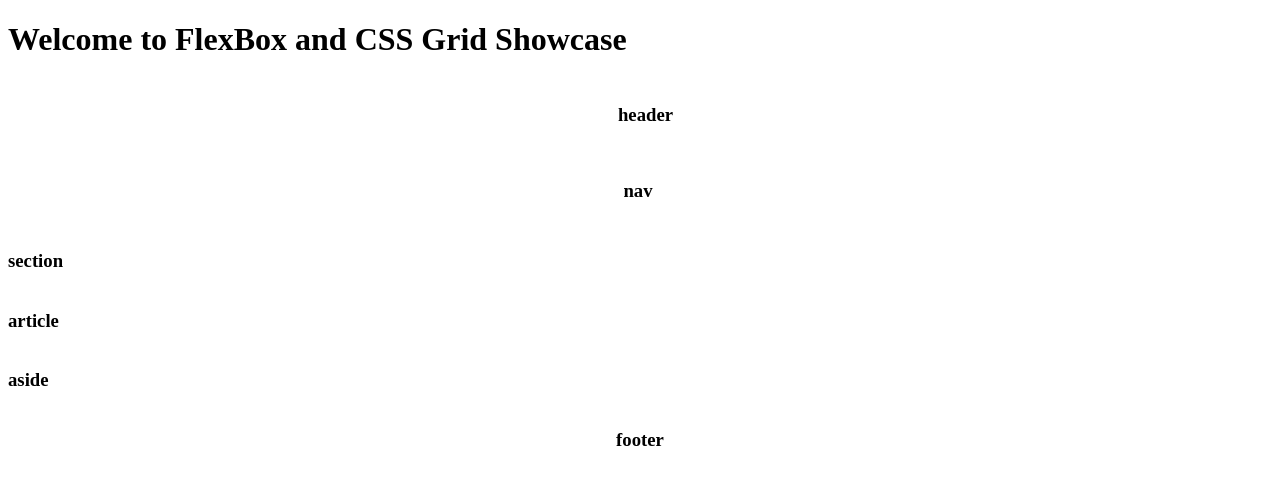
Repository: Awhit-commits/CSS_GRID_AND_FLEXBOX_LESSON
Page: index.html
An editor plug-in stored every save of this project. The page is shown before and after the next save, followed by the edit.
The browser window is 1280 px wide. The pictures show the whole page.

Above is the page before, as saved 2020-12-21 17:59:08.

### index.html
<!DOCTYPE html>
<html lang="en">

<head>
    <meta charset="UTF-8">
    <meta name="viewport" content="width=device-width, initial-scale=1.0">
    <title>Document</title>
    <link rel="stylesheet" href="style.css">
</head>

<body>
    <h1>Welcome to FlexBox and CSS Grid Showcase</h1>
    <div class="containerFlex">
        <div class="headerArea">
            <div class="header">
                <h3>header</h3>

            </div>
            <div class="nav">
                <h3>nav</h3>
            </div>
        </div>
        <div class="main">
            <div class="section">
                <h3>section</h3>
            </div>
            <div class="article">
                <h3>article</h3>
            </div>

            <div class="aside">
                <h3>aside</h3>
            </div>
        </div>
        <div class="footer">
            <h3>footer</h3>
        </div>
    </div>
    <script src="script.js"></script>
</body>

</html>

### style.css
.containerFlex {
    display: flex;
    flex-direction: column;
    flex-wrap: nowrap;
    justify-content: space-between;
    /* text-align: center; */
}

.main{
    /* align-self: start;
    margin-left: 5%; */
    display: flex;
    flex-direction:column;

}
.headerArea{
    /* display: flex; */
    align-self: center;
    flex-direction: column;
    /* justify-content:center */

}
.header{
    flex: 1 1 auto;
    padding: 10%;
}

.nav{
    flex: 1 auto;
    margin:10%;
    padding:10%;
}
.aside{
    /* display: flex; */
    /* align-self:flex-end; */
    /* align-items:center; */
    /* text-align: center; */
    /* justify-content:flex-end; */
    margin-right: 10%;


}

.footer{
    display: flex;
    align-items: center;
    flex-direction: column;
}

### script.js
console.log(`Hello World`);

After the next save:
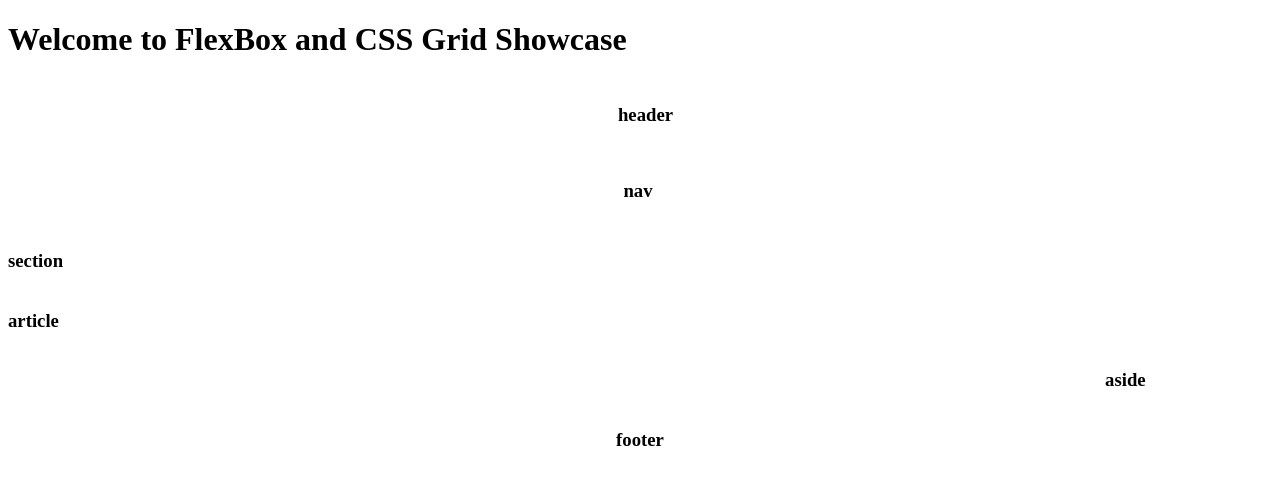
Saved 8 s later.
--- a/style.css
+++ b/style.css
@@ -32,7 +32,7 @@
 }
 .aside{
     /* display: flex; */
-    /* align-self:flex-end; */
+    align-self:flex-end;
     /* align-items:center; */
     /* text-align: center; */
     /* justify-content:flex-end; */

After the 2 saves that followed:
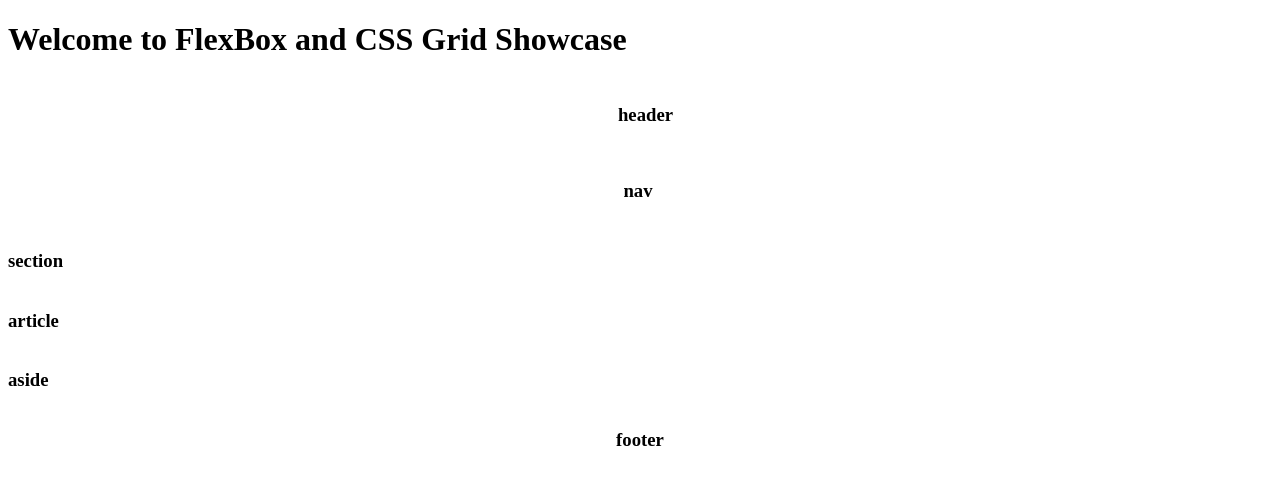
The 2 saves are shown as one change because they came seconds apart.
The last was saved 10 s later.
--- a/style.css
+++ b/style.css
@@ -32,10 +32,10 @@
 }
 .aside{
     /* display: flex; */
-    align-self:flex-end;
+    /* align-self:flex-end; */
     /* align-items:center; */
     /* text-align: center; */
-    /* justify-content:flex-end; */
+    justify-content:flex-end;
     margin-right: 10%;
 
 
